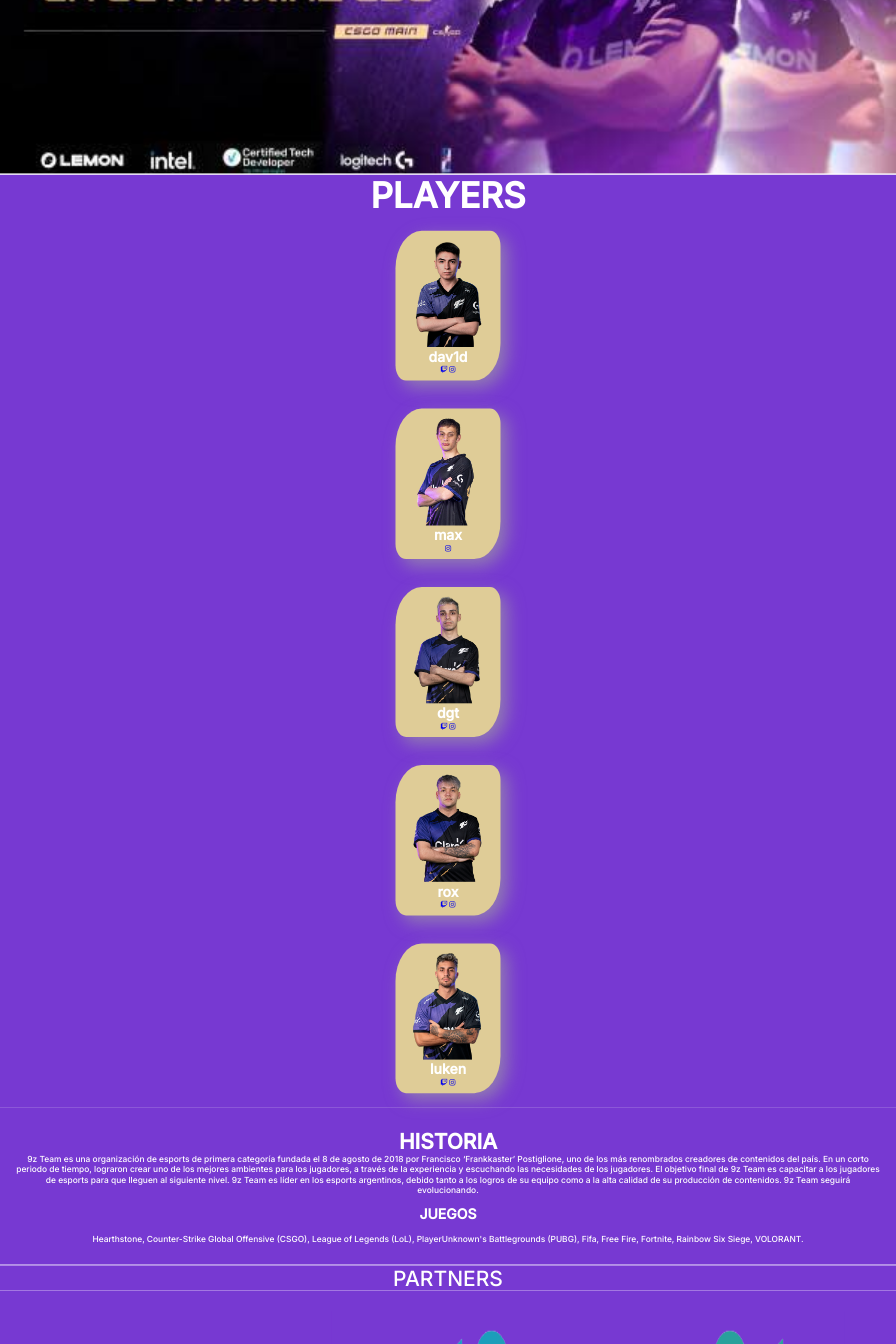
Repository: santig20/trabajo-practico-integrador-nuncba-html-css-
Page: index.html
These files come from the project's save history. The page is drawn as it stood at one moment and after a run of saves; the edit follows.
The browser window is 1280 px wide. The pictures show the part of the page from y = 474 to 2394 px (the page is 2935 px tall before and 2947 px after), at 70% of full size.
Some web libraries are served in a nearby version.

Above is the page before, as saved 2022-06-21 18:53:27.

### index.html
<!DOCTYPE html>
<html lang="es">
  <head>
    <meta charset="UTF-8" />
    <meta http-equiv="X-UA-Compatible" content="IE=edge" />
    <meta name="viewport" content="width=device-width, initial-scale=1.0" />
    <link rel="stylesheet" href="./style.css" />
    <link rel="stylesheet" href="path/to/font-awesome/css/font-awesome.min.css">
    <link rel="stylesheet" href="https://use.fontawesome.com/releases/v5.0.7/css/all.css">
    <link rel="stylesheet" href="https://cdnjs.cloudflare.com/ajax/libs/font-awesome/6.1.1/css/all.min.css" integrity="sha512-KfkfwYDsLkIlwQp6LFnl8zNdLGxu9YAA1QvwINks4PhcElQSvqcyVLLD9aMhXd13uQjoXtEKNosOWaZqXgel0g==" crossorigin="anonymous" referrerpolicy="no-referrer" class="__web-inspector-hide-shortcut__">
    <link rel="preconnect" href="https://fonts.googleapis.com">
<link rel="preconnect" href="https://fonts.gstatic.com" crossorigin>
<link href="https://fonts.googleapis.com/css2?family=Inter:wght@300;500&family=Work+Sans:wght@400;500;700&display=swap" rel="stylesheet">
    <title>Document</title>
  </head>
  <body>
    <!--👉 Debe contener un navbar que navegue las diversas secciones de la web.
    👉 Debe contener una portada alusiva a la temática de nuestra app.
    👉 Una sección de imágenes.
    👉 Una sección de contacto.
    👉 Un footer.
    👉 Una página para loguearse.
    👉 Una página para registrarse.
    👉 Ser responsive.
    👉 Estar deployado en vercel.  -->

    <header>
      <div class="img_header">
        <img src="./assets/9zteam_logo.png" alt="" />
      </div>
      <nav>
        <div class="navmain" id="menu" >
          <ul>
            <li> <a href="">contacto</a></li>
            <li><a href=""> Players</a></li>
            <li><a href="">Partners</a></li>
            <li><a href="">historia</a></li>
            <li><a href="">contacto</a></li>
          </ul>
        </div>
        <div class="registro_container">
          <ul>
          <li><a href="./registro.html">login </a></li>
         <li><a href="./registro.html">register </a></li>
        </ul>
        </div>

      </nav>
    </header>

    <main>
      <section class="hero_section">
        <div class="texto_hero">
          <h1>#todo violeta</h1>
          <h2>#go9z</h2>
          <p>
            Lorem ipsum, dolor sit amet consectetur adipisicing elit. Ratione
            consequuntur deleniti sit quae ad animi dolor, possimus ipsum quis
            sint quasi perspiciatis. Voluptatem assumenda, fugiat suscipit totam
            veritatis maiores nam.
          </p>
        </div>
        <div class="img_hero">
          <img src="./assets/2c2836fbfd7f200f4f9f6502dd4ec1de.jpg" alt="" />
        </div>
      </section>
      <section class="players">
        <div class="player_container">
          <div class="texto_players">
             <span>
              players
             </span>
          </div>
 <div class="player_david">
  <img src="./assets/david.png" alt="">
  <p>dav1d</p>
  <a href="https://www.twitch.tv/dav1dcs1"><i class="fa-brands fa-twitch" target="_blank" ></i></a>
  <a href="https://www.instagram.com/dav1dcs1/"  target="_blank"><i class="fa-brands fa-instagram"></i> </a>
     </div>
 <div class="player_max">
<img src="./assets/max.png" alt="">
<p>
    max
</p>
<a href="https://www.instagram.com/maxgzez/"  target="_blank"><i class="fa-brands fa-instagram"></i> </a>

 </div>
 <div class="player_dgt">
<img src="./assets/dgt.png" alt="">
<p>
    dgt
</p>
<a href="https://www.twitch.tv/dgtcsgo"><i class="fa-brands fa-twitch" target="_blank" ></i></a>
<a href="https://www.instagram.com/franmanu_/"  target="_blank"><i class="fa-brands fa-instagram"></i> </a>

 </div>
 <div class="player_rox">
<img src="./assets/rox.png" alt="">
<p>
    rox
</p>
<a href="https://www.twitch.tv/roxcsgo1"><i class="fa-brands fa-twitch" target="_blank" ></i></a>
<a href="https://www.instagram.com/_molinamartin"  target="_blank"><i class="fa-brands fa-instagram"></i> </a>

 </div>
 <div class="player_luken">

<img src="./assets/luken.png" alt="">

 <p>luken</p>
<a href="https://www.twitch.tv/luken"><i class="fa-brands fa-twitch" target="_blank" ></i></a>
<a href="https://www.instagram.com/lucanadotti/"  target="_blank"><i class="fa-brands fa-instagram"></i> </a>

 </div>

        </div>

      </section>
      <section class="history">
        <div class="historia_content">
<h3>
    historia
</h3>
 <p>
    9z Team es una organización de esports de primera categoría fundada el 8 de agosto de 2018 por Francisco ‘Frankkaster’ Postiglione, uno de los más renombrados creadores de contenidos del país. En un corto periodo de tiempo, lograron crear uno de los mejores ambientes para los jugadores, a través de la experiencia y escuchando las necesidades de los jugadores. El objetivo final de 9z Team es capacitar a los jugadores de esports para que lleguen al siguiente nivel. 9z Team es líder en los esports argentinos, debido tanto a los logros de su equipo como a la alta calidad de su producción de contenidos. 9z Team seguirá evolucionando.
 </p>

               <h4>juegos </h4>
               <p>Hearthstone, Counter-Strike Global Offensive (CSGO), League of Legends (LoL), PlayerUnknown's Battlegrounds (PUBG), Fifa, Free Fire, Fortnite, Rainbow Six Siege, VOLORANT.</p>
</div>
      </section>
      <section class="partners">
       <p> partners</p>
<div class="fotos">
  <figure>
    <img src="./assets/images-removebg-preview.png" alt="">
    <img src="./assets/lemon.png" alt="">
    <img src="./assets/logitech-removebg-preview.png" alt="">
    <img src="./assets/red-bull-logo-2-1-removebg-preview.png" alt="">
    <img src="./assets/CTD-removebg-preview.png" alt="">
    <img src="./assets/roobet.svg" alt="">
    <img src="./assets/289-removebg-preview.png" alt="">
    <img src="./assets/Logo-Shell-removebg-preview.png" alt="">
    <img src="./assets/images-removebg-preview.png" alt="">

    </figure>
</div>
      </section>
    </main>

    <footer>

    </footer>
    <script src="main.js"></script>
  </body>
</html>

### style.css
* {
    padding: 0;
    margin: 0;
    box-sizing: border-box;
}
html {
    font-size: 62.5%;
    list-style: none;
    text-decoration: none;
    font-family: 'inter';
}

 /* inico header*/
header {
    display: flex;
    background: rgb(99,21,133);
    background: linear-gradient(90deg, rgba(99,21,133,1) 6%, rgba(88,32,144,1) 42%, rgba(61,9,121,1) 64%);
    height: 100%;
}
.img_header img{
    height: 8rem;
    width: 8rem;
}
.navmain{
 display: none;
}

.registro_container ul {
    display: flex;
font-size:2rem;
gap:3rem;

}
.registro_container ul li{
    list-style: none;
    text-decoration: none;
}
.registro_container ul li a{

    text-transform: uppercase;
    color: #dfcc97;
    font-weight: 600;

}

/*hero section*/

.texto_hero {
    display: none;
}
.img_hero img {
 width:100%;
}

/*player section */
.player_container{
    display: flex;
    flex-direction:column ;
    justify-content: center;
    align-items: center;
    text-align: center;
    background: #7739d2;
}

.texto_players span {
     font-size: 5rem;
     font-weight: 700;
     text-transform: uppercase;
     color: white;
    padding: 2rem 0;

}
.player_container p {
    font-size: 2rem;
    font-weight: 700;
    color: white;
}

.player_container img{
    width: 15rem;
}

.player_david {
    background-color: #dfcc97;
    padding: 1rem 0;
    margin: 2rem 0;
    border-radius: 25% 10%;
    box-shadow: 9px 9px 24px 0px rgba(161,161,161,0.66);
-webkit-box-shadow: 9px 9px 24px 0px rgba(161,161,161,0.66);
-moz-box-shadow: 9px 9px 24px 0px rgba(161,161,161,0.66);
}

.player_david  :hover {
    transform: scale(1.1);
    text-transform: uppercase;
}



.player_max{
    background-color: #dfcc97;
    padding: 1rem 0;
    margin: 2rem 0;
    border-radius: 25% 10%;
    box-shadow: 9px 9px 24px 0px rgba(161,161,161,0.66);
-webkit-box-shadow: 9px 9px 24px 0px rgba(161,161,161,0.66);
-moz-box-shadow: 9px 9px 24px 0px rgba(161,161,161,0.66);
}
.player_max :hover {
    transform: scale(1.1);
    text-transform: uppercase;
}



.player_dgt{
    background-color: #dfcc97;
    padding: 1rem 0;
    margin: 2rem 0;
    border-radius: 25% 10%;
    box-shadow: 9px 9px 24px 0px rgba(161,161,161,0.66);
-webkit-box-shadow: 9px 9px 24px 0px rgba(161,161,161,0.66);
-moz-box-shadow: 9px 9px 24px 0px rgba(161,161,161,0.66);
}
.player_dgt :hover {
    transform: scale(1.1);
    text-transform: uppercase;
}


.player_rox{
    background-color: #dfcc97;
    padding: 1rem 0;
    margin: 2rem 0;
    border-radius: 25% 10%;
    box-shadow: 9px 9px 24px 0px rgba(161,161,161,0.66);
-webkit-box-shadow: 9px 9px 24px 0px rgba(161,161,161,0.66);
-moz-box-shadow: 9px 9px 24px 0px rgba(161,161,161,0.66);
}


.player_rox  :hover {
    transform: scale(1.1);
    text-transform: uppercase;
}




.player_luken{
    background-color: #dfcc97;
    padding: 1rem 0;
    margin: 2rem 0;
    border-radius: 25% 10%;
    box-shadow: 9px 9px 24px 0px rgba(161,161,161,0.66);
-webkit-box-shadow: 9px 9px 24px 0px rgba(161,161,161,0.66);
-moz-box-shadow: 9px 9px 24px 0px rgba(161,161,161,0.66);
}
.player_luken  :hover {
    transform: scale(1.1);
    text-transform: uppercase;
}

/* section historia   */

.historia_content {
    display: flex ;
    flex-direction: column;
    justify-content: center;
    align-items: center;
    text-align: center;
    padding: 3rem  2rem;
    background-color:#7739d2 ;
}
.historia_content h3 {
    font-size: 3rem;
  font-weight: 700;
  color: white;
  text-transform: uppercase;
}
.historia_content h4 {
    font-size: 2rem;
  font-weight: 700;
  color: white;
  text-transform: uppercase;
  padding: 1.5rem 0;
}
.historia_content p{
font-size: 1.2rem;
color: white;

}



/* partners section */
.partners p {
text-align: center;
font-size: 3rem;
text-transform: uppercase;
background-color: #7739d2;
color: white;
border-top: 0.1rem solid;
}
.fotos{
    overflow: hidden;
}
.fotos figure {
    display: flex;
    position:relative ;
    left: 0;
    animation: 20s fotos infinite alternate-reverse  ;
    width: 400%;
    background-color: #7739d2;
    background-size: cover;
    padding:3rem 0;
}

.fotos figure img {
    width: 14.3%;
  padding:  0 1rem;
  background-color: #7739d2;
}

@keyframes fotos {
    0%{
        left: -25;
    }

    5%{
        left: -25;
    }

   14.3%{
        left: -50;
    }
    21.5% {
        left: -50%;
    }

   28.6%{
       left: -100%;
    }

    35.75%{
        left: -100%;
    }

    42.9%{
        left:-150%;
    }

   50.05% {
        left : -150%;
    }

   57.2% {
        left: -200%;
    }
  64.35% {
        left: -200%;
    }
  71.5% {
        left: -250%;
    }

    78.65% {
        left: -250%;
    }

   85.8% {
        left: -250%;
    }

   92.9% {
        left: -300%;
    }
    100% {
        left: -300%;
    }

}

Loaded but not shown: main.js (common file)

After the next 3 saves:
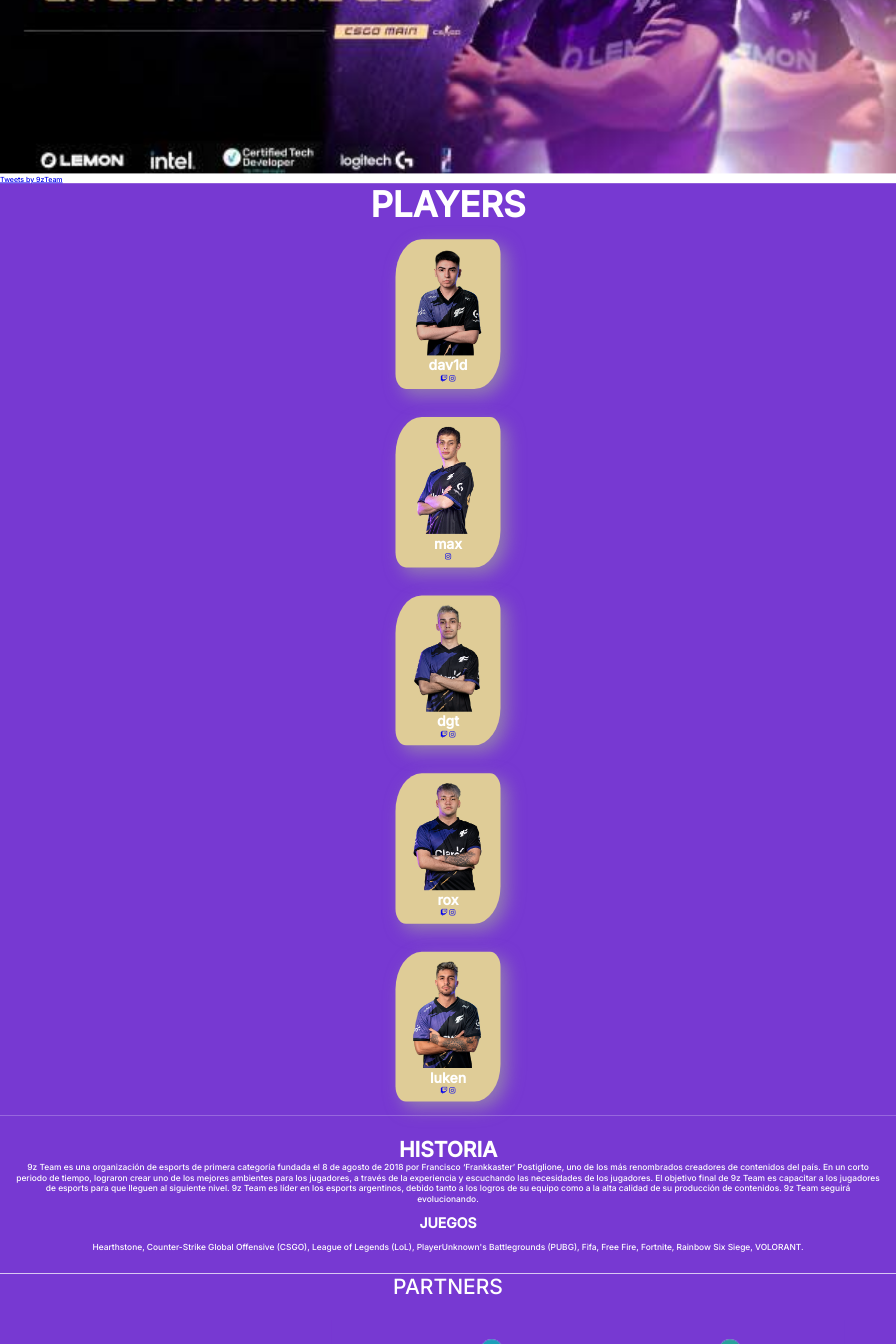
The 3 saves are shown as one change because they came seconds apart.
The last was saved 8 min 3 s later.
--- a/index.html
+++ b/index.html
@@ -62,6 +62,9 @@
         </div>
         <div class="img_hero">
           <img src="./assets/2c2836fbfd7f200f4f9f6502dd4ec1de.jpg" alt="" />
+        </div>
+        <div>
+          <a class="twitter-timeline" href="https://twitter.com/9zTeam?ref_src=twsrc%5Etfw">Tweets by 9zTeam</a> <script async src="https://platform.twitter.com/widgets.js" charset="utf-8"></script>
         </div>
       </section>
       <section class="players">
